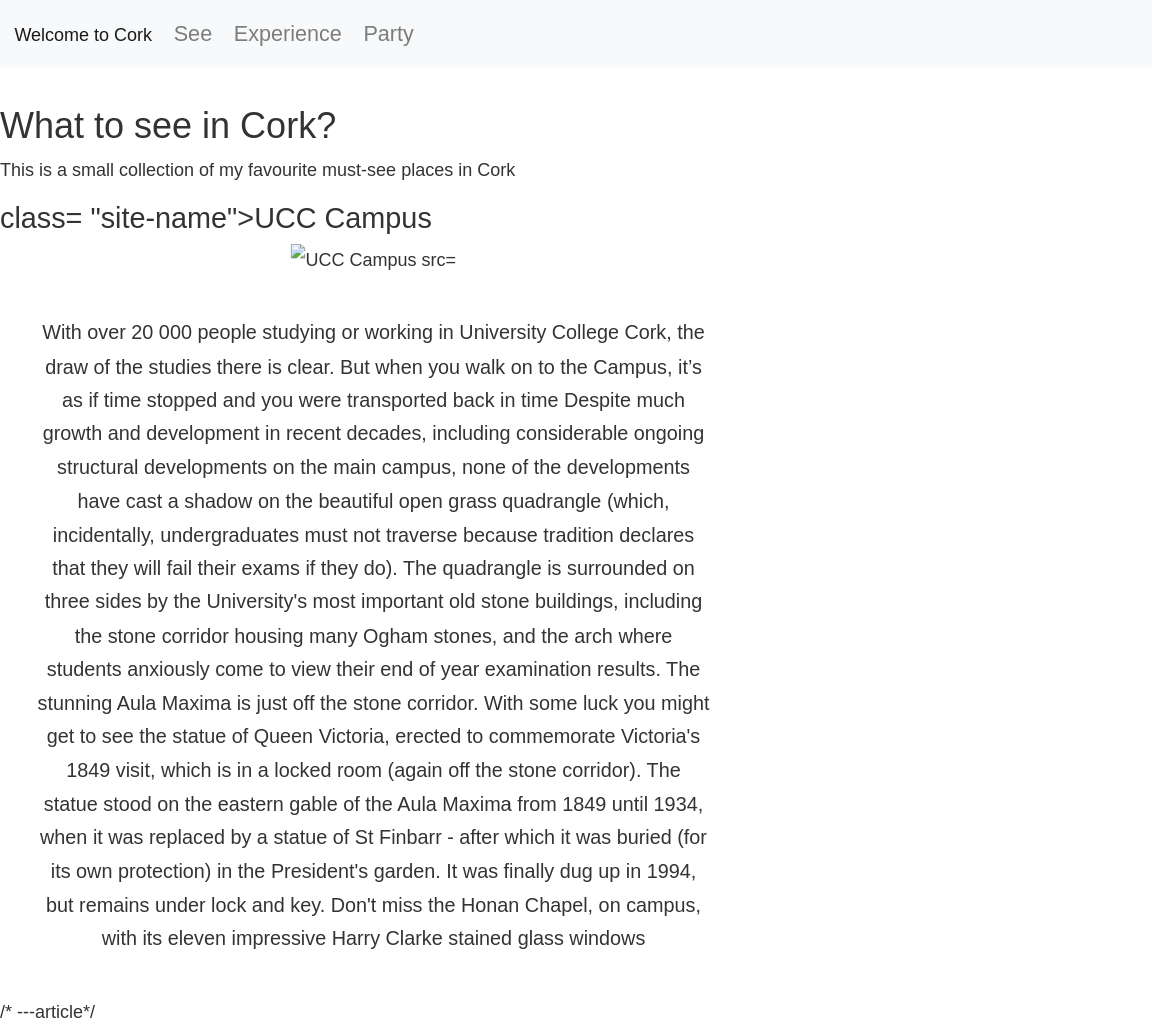
Repository: Maja-Jer/Welcome-to-Cork
Page: see.html
The author's editor kept a record of every edit. The page is drawn from the files as they stood at one moment, then again after the next edit.
The browser window is 1280 px wide. The pictures show the whole page, at 90% of full size.
Some web libraries are served in a nearby version.

Above is the page before.

After the next edit:
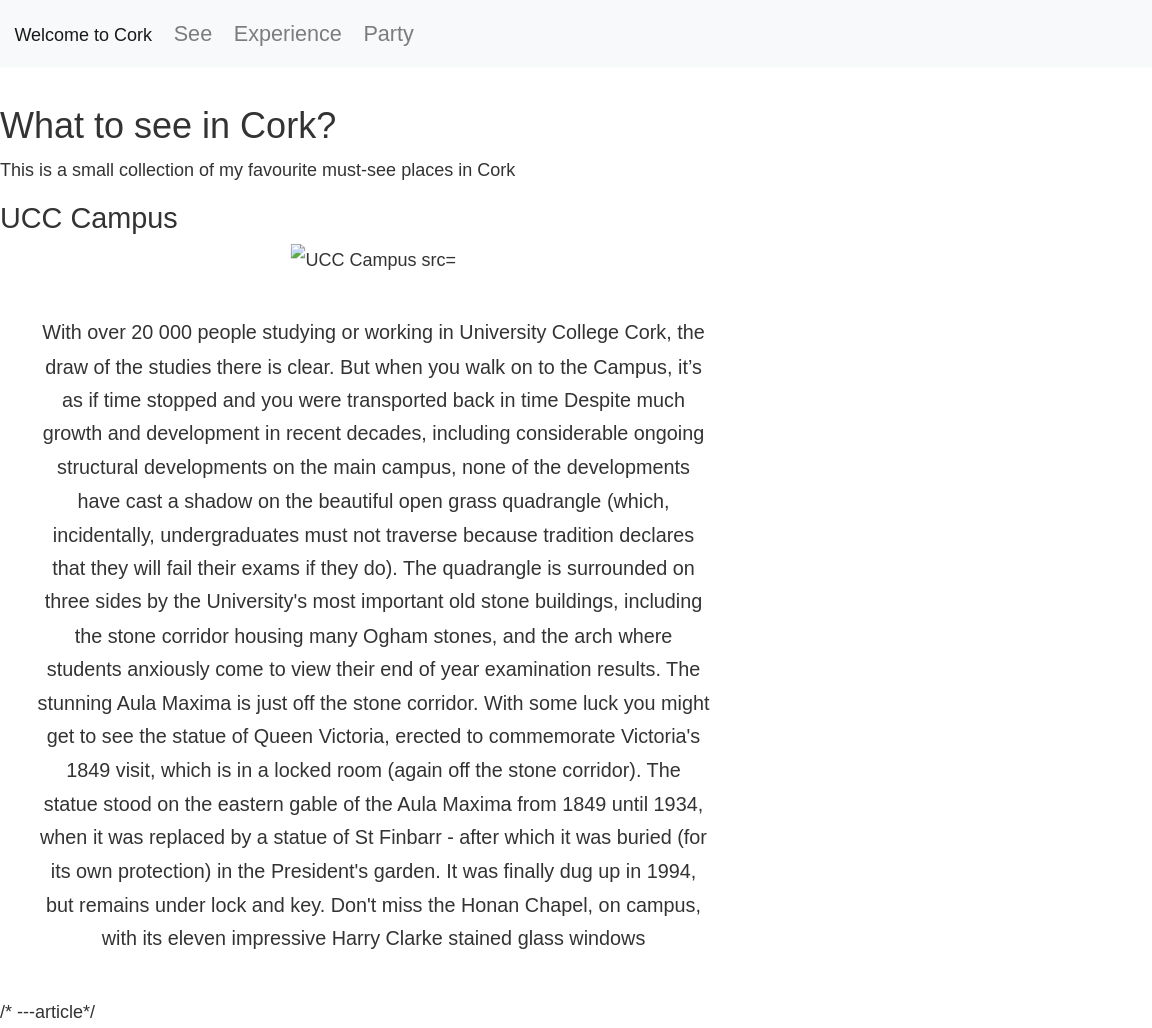
The edit:
--- a/see.html
+++ b/see.html
@@ -38,7 +38,7 @@
         <h1>What to see in Cork?</h1>
         <p>This is a small collection of my favourite must-see places in Cork</p>
     <div class="ucc-campus">
-        <h2> class= "site-name">UCC Campus</h2>
+        <h2>UCC Campus</h2>
     </div>
 
             <div class= "site-photo">
